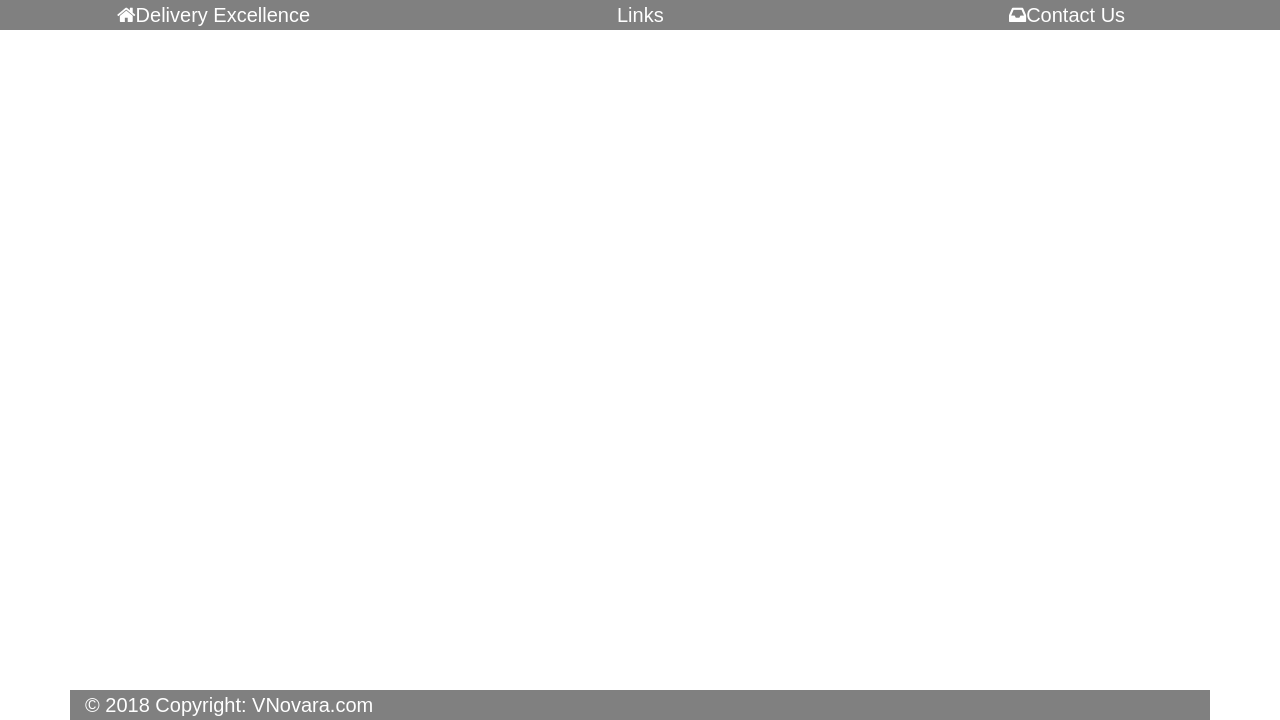
Repository: valenovi76/DeliveryExcellence
Page: index.html
The author's editor kept a record of every edit. The page is drawn from the files as they stood at one moment, then again after the next edit.
The browser window is 1280 px wide. The pictures show the whole page.

Above is the page before.

After the next edit:
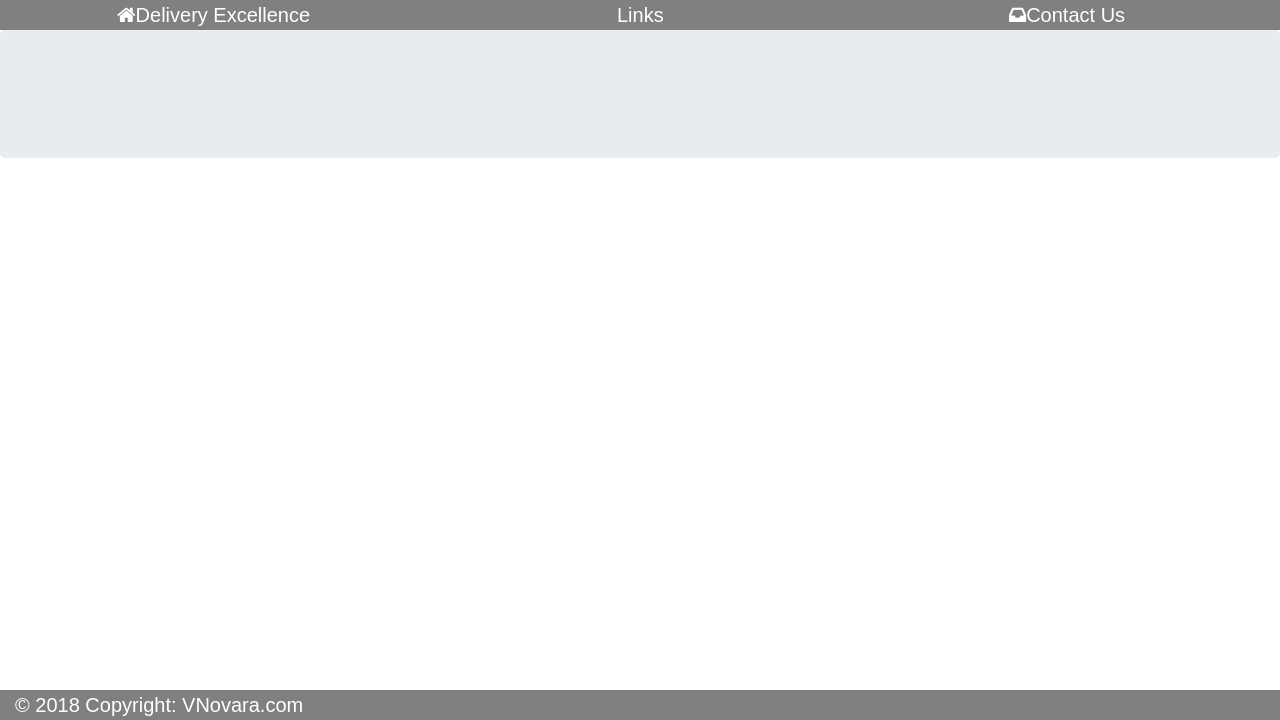
The edit:
--- a/index.html
+++ b/index.html
@@ -26,9 +26,21 @@
             </div>
         </div>
     </header>
-    <section></section>
+    <section>
 
-    <footer class="container fluid font-small blue fixed-bottom">
+         <!-- Parallax 1-->
+
+
+      <div class="jumbotron paral paralsec1">
+
+      </div>
+
+
+
+
+    </section>
+
+    <footer class="container-fluid font-small blue fixed-bottom">
                 <div class="footer-copyright">
                     <a href="https://mdbootstrap.com/education/bootstrap/"> © 2018 Copyright: VNovara.com</a>
                 </div>
